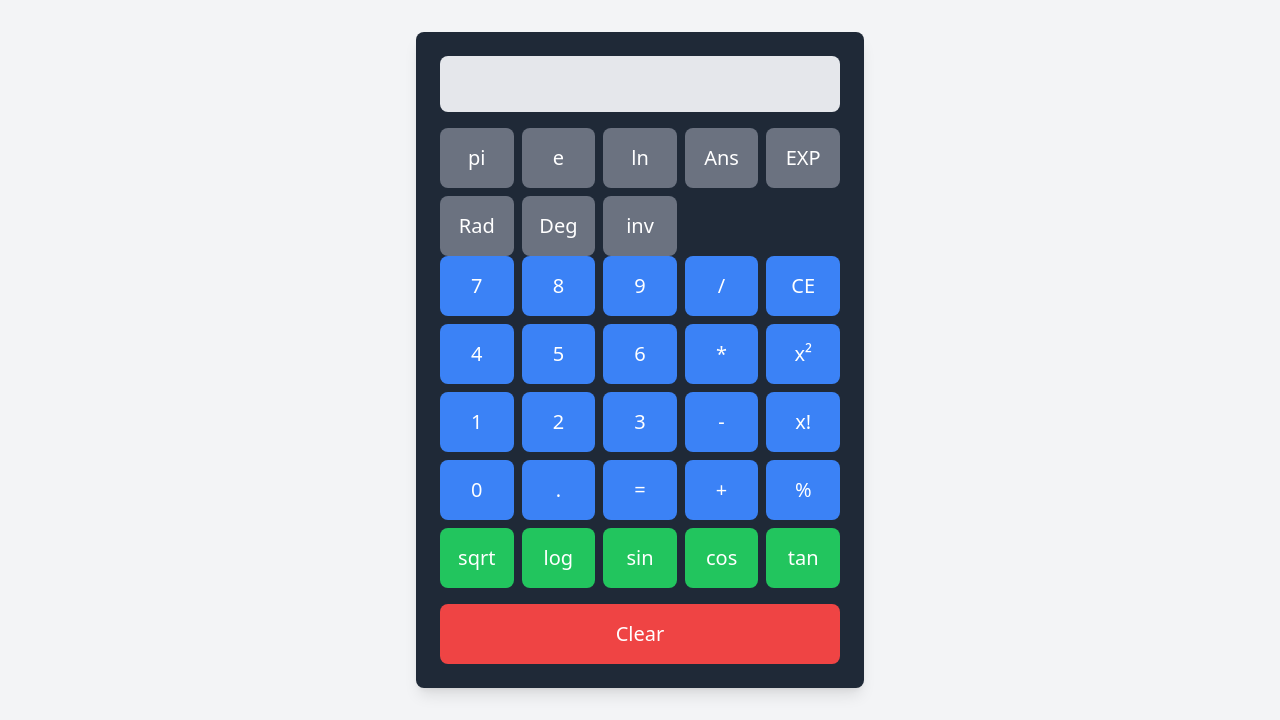
Repository: Sirinegaddour11/Calculator-App
Page: /
The author's editor kept a copy of each file at every save. The page is drawn from the files as they stood at one save, then again after a run of saves.
The browser window is 1280 px wide. The pictures show the whole page.
The project was rebuilt for these pictures with package versions that can differ from the ones it lists, and the page was loaded fresh each time. The framework's server and built-in components were replaced by stand-ins that run in the browser. Also part of the build but not shown: next.config.mjs.

Above is the page before, as saved 2024-09-16 19:21:25.

### app/layout.tsx
import type { Metadata } from "next";
import "./globals.css";

export const metadata: Metadata = {
  title: "Calculator App",
  description: "Generated by me",
};

export default function RootLayout({
  children,
}: Readonly<{
  children: React.ReactNode;
}>) {
  return (
    <html lang="en">
      <body className="bg-red-200">{children}</body>
    </html>
  );
}

### app/page.tsx
import Calculator from "@/components/calculator";
import Image from "next/image";

export default function Home() {
  return (
    <div>
      <Calculator />
    </div>
  );
}

### app/globals.css
@tailwind base;
@tailwind components;
@tailwind utilities;

.dark .three-d {
  text-shadow: 0px 5px 0px #533519;
}
.three-d {
  text-shadow: none;
}
.dark .simplebar-scrollbar ::before {
 background-color: rgb(216, 217, 231);
}

### components/calculator.tsx
"use client";
import React, { useState } from "react";
import { evaluate, pi, exp, ln, factorial } from "mathjs";

const Calculator: React.FC = () => {
  const [expression, setExpression] = useState<string>("");
  const [lastResult, setLastResult] = useState<string>("");

  const handleButtonClick = (value: string) => {
    switch (value) {
      case "pi":
        setExpression((prev) => prev + pi.toString());
        break;
      case "e":
        setExpression((prev) => prev + exp(1).toString());
        break;
      case "Ans":
        setExpression((prev) => prev + lastResult);
        break;
      case "ln":
        setExpression((prev) => prev + "ln(");
        break;
      case "x!":
        setExpression((prev) => prev + "factorial(");
        break;
      case "%":
        setExpression((prev) => prev + "/100");
        break;
      case "inv":
        setExpression((prev) => prev + "^(-1)");
        break;
      case "EXP":
        setExpression((prev) => prev + "*10^");
        break;
      case "CE":
        setExpression((prev) => prev.slice(0, -1));
        break;
      case "x²":
        setExpression((prev) => prev + "^2");
        break;
      default:
        if (["sqrt", "log", "sin", "cos", "tan", "^"].includes(value)) {
          setExpression((prev) => prev + value + "(");
        } else if (value === ")") {
          setExpression((prev) => prev + value);
        } else {
          setExpression((prev) => prev + value);
        }
        break;
    }
  };

  const handleCalculate = () => {
    try {
      const result = evaluate(expression);
      setLastResult(result.toString());
      setExpression(result.toString());
    } catch (error) {
      setExpression("Error");
    }
  };

  const handleClear = () => {
    setExpression("");
    setLastResult("");
  };

  return (
    <div className="flex justify-center items-center min-w-[50vh] p-8 bg-gray-100">
      <div className="max-w-md w-full bg-gray-800 rounded-lg shadow-lg p-6">
        <input
          type="text"
          className="w-full mb-4 p-3 text-2xl text-right bg-gray-200 rounded-lg"
          value={expression}
          readOnly
        />
        {/* Ligne 6 (fonctions supplémentaires) */}
        <div className="grid grid-cols-5 gap-2">
          {["pi", "e", "ln", "Ans", "EXP", "Rad", "Deg", "inv"].map(
            (func, index) => (
              <button
                key={index}
                className="p-4 bg-gray-500 text-white rounded-lg hover:bg-gray-600 text-xl"
                onClick={() => handleButtonClick(func)}
              >
                {func}
              </button>
            )
          )}
        </div>
        <div className="grid grid-cols-5 gap-2">
          {/* Ligne 1 */}
          {["7", "8", "9", "/", "CE"].map((value, index) => (
            <button
              key={index}
              className="p-4 bg-blue-500 text-white rounded-lg hover:bg-blue-600 text-xl"
              onClick={() =>
                value === "CE"
                  ? handleButtonClick(value)
                  : handleButtonClick(value)
              }
            >
              {value}
            </button>
          ))}
          {/* Ligne 2 */}
          {["4", "5", "6", "*", "x²"].map((value, index) => (
            <button
              key={index}
              className="p-4 bg-blue-500 text-white rounded-lg hover:bg-blue-600 text-xl"
              onClick={() => handleButtonClick(value)}
            >
              {value}
            </button>
          ))}
          {/* Ligne 3 */}
          {["1", "2", "3", "-", "x!"].map((value, index) => (
            <button
              key={index}
              className="p-4 bg-blue-500 text-white rounded-lg hover:bg-blue-600 text-xl"
              onClick={() => handleButtonClick(value)}
            >
              {value}
            </button>
          ))}
          {/* Ligne 4 */}
          {["0", ".", "=", "+", "%"].map((value, index) => (
            <button
              key={index}
              className="p-4 bg-blue-500 text-white rounded-lg hover:bg-blue-600 text-xl"
              onClick={() =>
                value === "=" ? handleCalculate() : handleButtonClick(value)
              }
            >
              {value}
            </button>
          ))}
          {/* Ligne 5 (fonctions scientifiques) */}
          {["sqrt", "log", "sin", "cos", "tan"].map((func, index) => (
            <button
              key={index}
              className="p-4 bg-green-500 text-white rounded-lg hover:bg-green-600 text-xl"
              onClick={() => handleButtonClick(func)}
            >
              {func}
            </button>
          ))}
        </div>
        <button
          className="mt-4 w-full p-4 bg-red-500 text-white rounded-lg hover:bg-red-600 text-xl"
          onClick={handleClear}
        >
          Clear
        </button>
      </div>
    </div>
  );
};

export default Calculator;

Loaded but not shown: tailwind.config.ts (common file)

After the next 3 saves:
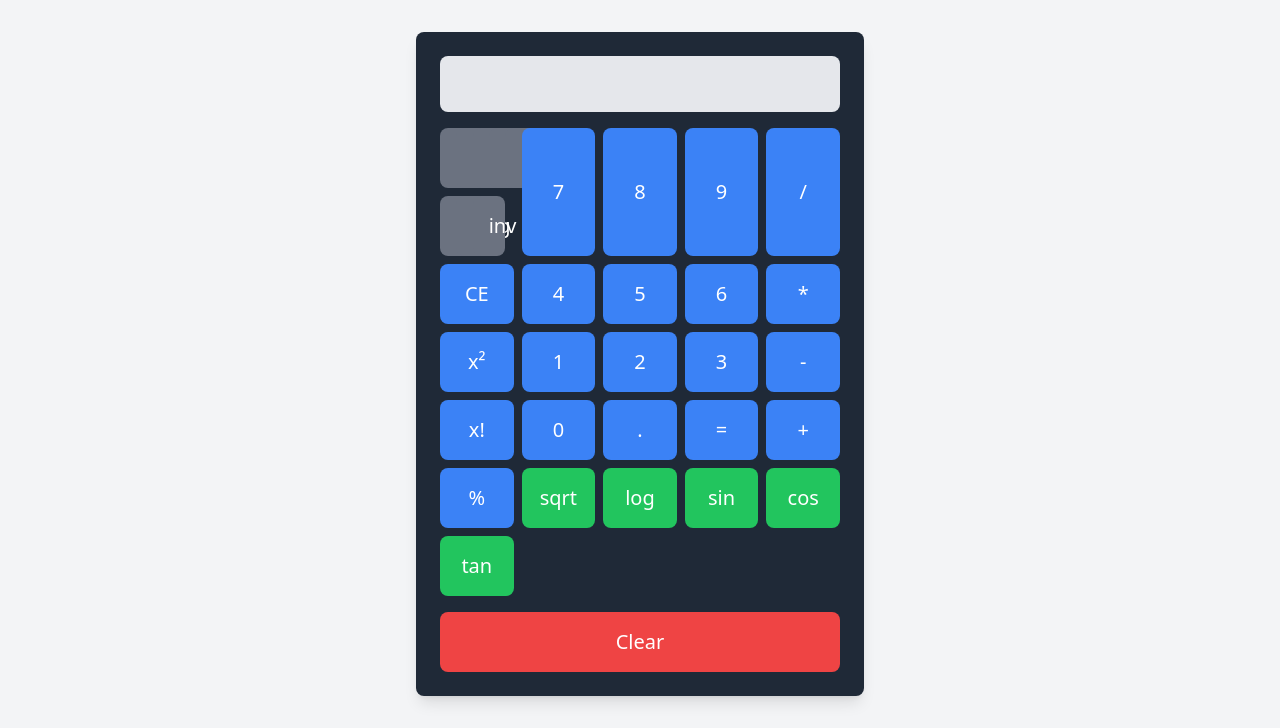
The 3 saves are shown as one change because they came seconds apart.
The last was saved 70 s later.
--- a/components/calculator.tsx
+++ b/components/calculator.tsx
@@ -74,21 +74,21 @@ const Calculator: React.FC = () => {
           value={expression}
           readOnly
         />
-        {/* Ligne 6 (fonctions supplémentaires) */}
         <div className="grid grid-cols-5 gap-2">
-          {["pi", "e", "ln", "Ans", "EXP", "Rad", "Deg", "inv"].map(
-            (func, index) => (
-              <button
-                key={index}
-                className="p-4 bg-gray-500 text-white rounded-lg hover:bg-gray-600 text-xl"
-                onClick={() => handleButtonClick(func)}
-              >
-                {func}
-              </button>
-            )
-          )}
-        </div>
-        <div className="grid grid-cols-5 gap-2">
+          {/* Ligne 6 (fonctions supplémentaires) */}
+          <div className="grid grid-cols-5 gap-2">
+            {["pi", "e", "ln", "Ans", "EXP", "Rad", "Deg", "inv"].map(
+              (func, index) => (
+                <button
+                  key={index}
+                  className="p-4 bg-gray-500 text-white rounded-lg hover:bg-gray-600 text-xl"
+                  onClick={() => handleButtonClick(func)}
+                >
+                  {func}
+                </button>
+              )
+            )}
+          </div>
           {/* Ligne 1 */}
           {["7", "8", "9", "/", "CE"].map((value, index) => (
             <button
